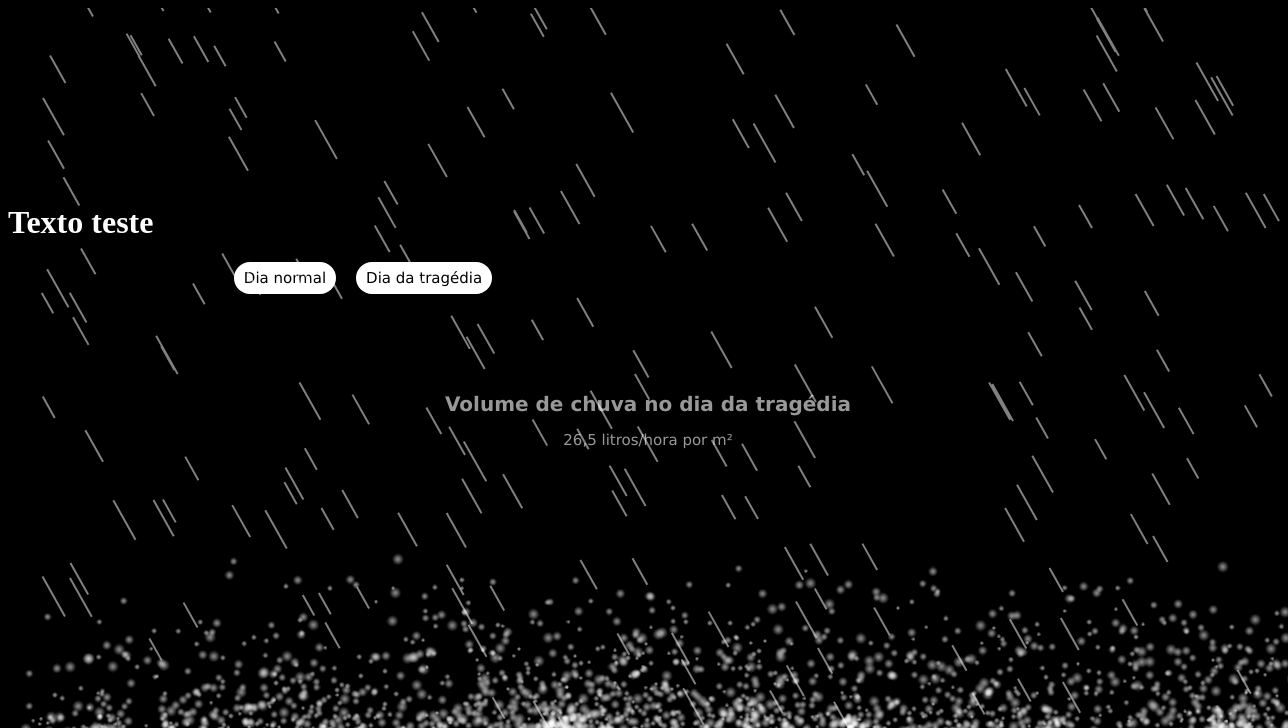
Repository: lucasthaynan/chuvas-estadao
Page: index.html
These files come from the project's save history. The page is drawn as it stood at one moment and after the next save; the edit follows.
The browser window is 1280 px wide. The page is 1288 px wide, so the pictures cover 1288 px, including what lies to the right of the window. The pictures show the whole page.

Above is the page before, as saved 2023-02-24 10:47:12.
Console error: ReferenceError: dat is not defined

After the next save:
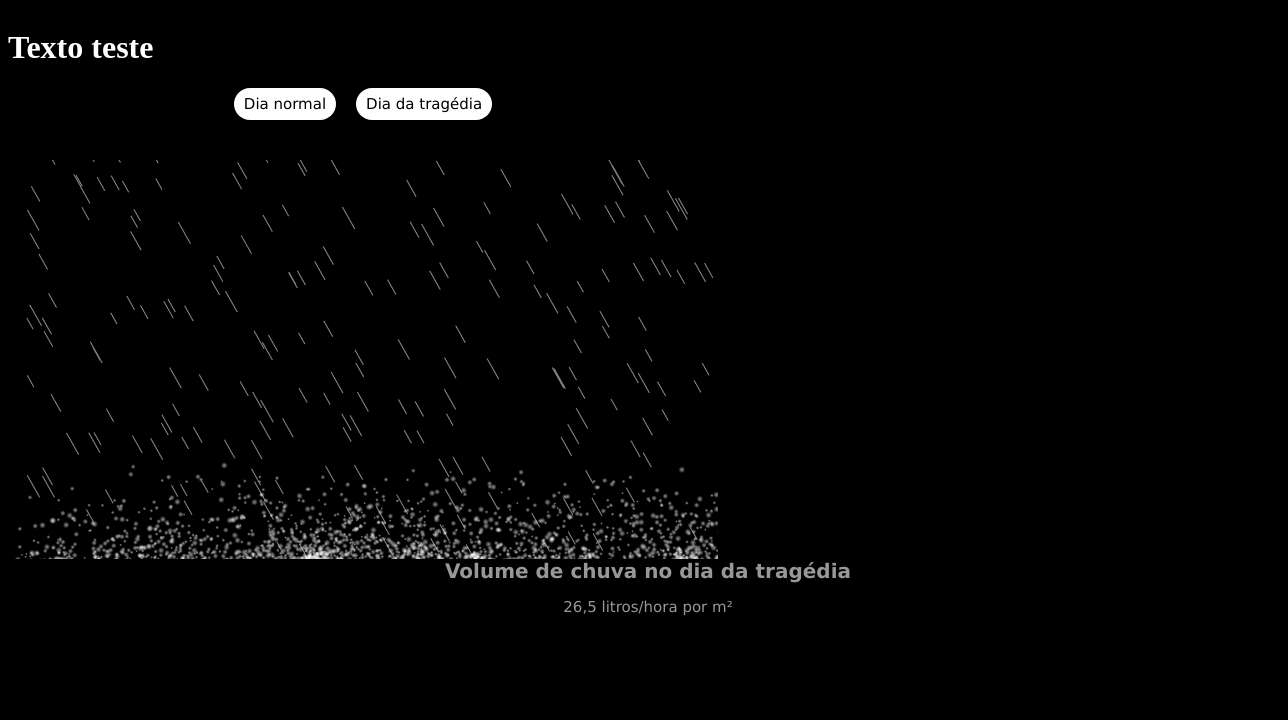
Saved 21 s later.
--- a/style.css
+++ b/style.css
@@ -1,4 +1,4 @@
-html, canvas {
+html {
 	position: absolute;
 	width: 100%;
 	height: 100%;
@@ -16,6 +16,11 @@ body {
     width: 710px;
     height: 500px;
 
+}
+
+canvas {
+    width: 710px;
+    height: 500px;
 }
 
 #instructions {
